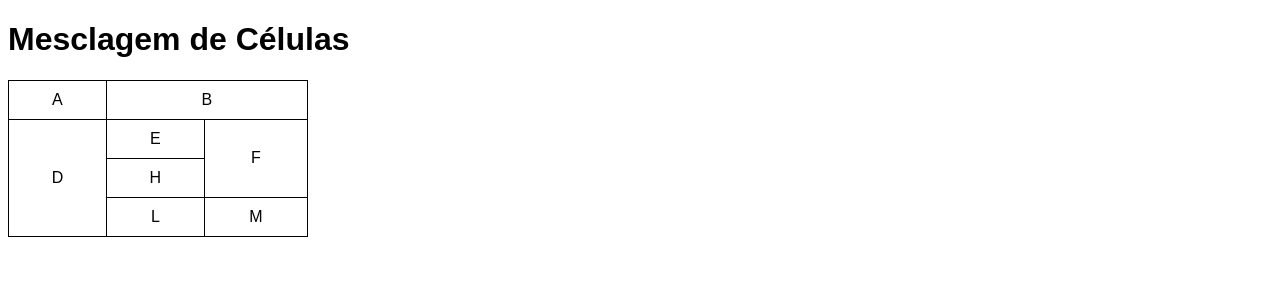
Repository: ClaytonEduard/cursoemvideo
Page: html-css/ex023/tabela003.html
These files come from the project's save history. The page is drawn as it stood at one moment and after a run of saves; the edit follows.
The browser window is 1280 px wide. The pictures show the whole page.

Above is the page before, as saved 2022-12-08 16:52:20.

### html-css/ex023/tabela003.html
<!DOCTYPE html>
<html lang="pt-br">

<head>
    <meta charset="UTF-8">
    <meta http-equiv="X-UA-Compatible" content="IE=edge">
    <meta name="viewport" content="width=device-width, initial-scale=1.0">
    <title>Tabelas</title>
    <style>
        body{
            font-family: Arial, Helvetica, sans-serif;

        }
        table{
            border-collapse:collapse;
            width: 300px;
        }
        td{
            border: 1px solid black;
            padding: 10px;
            text-align: center;
        }
    </style>
</head>

<body>
    <h1>Mesclagem de Células</h1>
    <table>
        <tr>
            <td>A</td>
            <!-- expanção de columas
                colspan="2" e colocar a qtd de colunas a ocupar
            -->
            <td colspan="2">B</td>

        </tr>
        <tr>

            <!-- expanção de linhas
                rowspan="2" e colocar a qtd de linhas a ocupar
            -->
            <td rowspan="3" >D</td>
            <td>E</td>
            <td rowspan="2" >F</td>
        </tr>
        <tr>

            <td>H</td>

        </tr>
        <tr>

            <td>L</td>
            <td>M</td>
        </tr>
    </table>
</body>

</html>

After the next 2 saves:
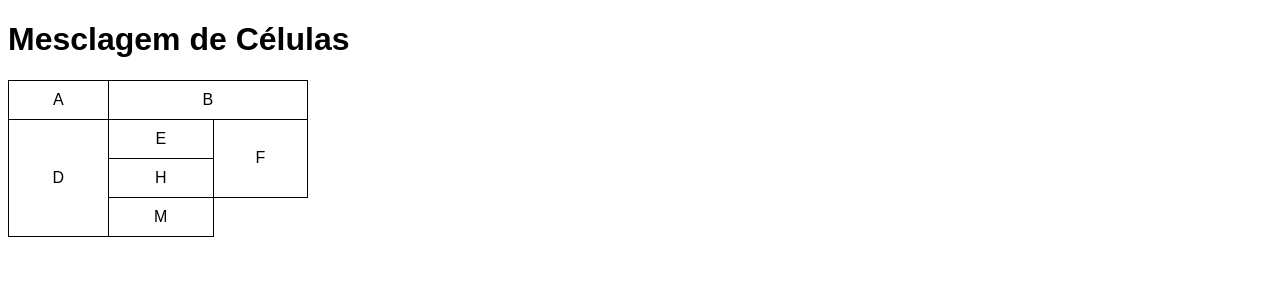
The 2 saves are shown as one change because they came seconds apart.
The last was saved 21 s later.
--- a/html-css/ex023/tabela003.html
+++ b/html-css/ex023/tabela003.html
@@ -49,8 +49,6 @@
 
         </tr>
         <tr>
-
-            <td>L</td>
             <td>M</td>
         </tr>
     </table>
